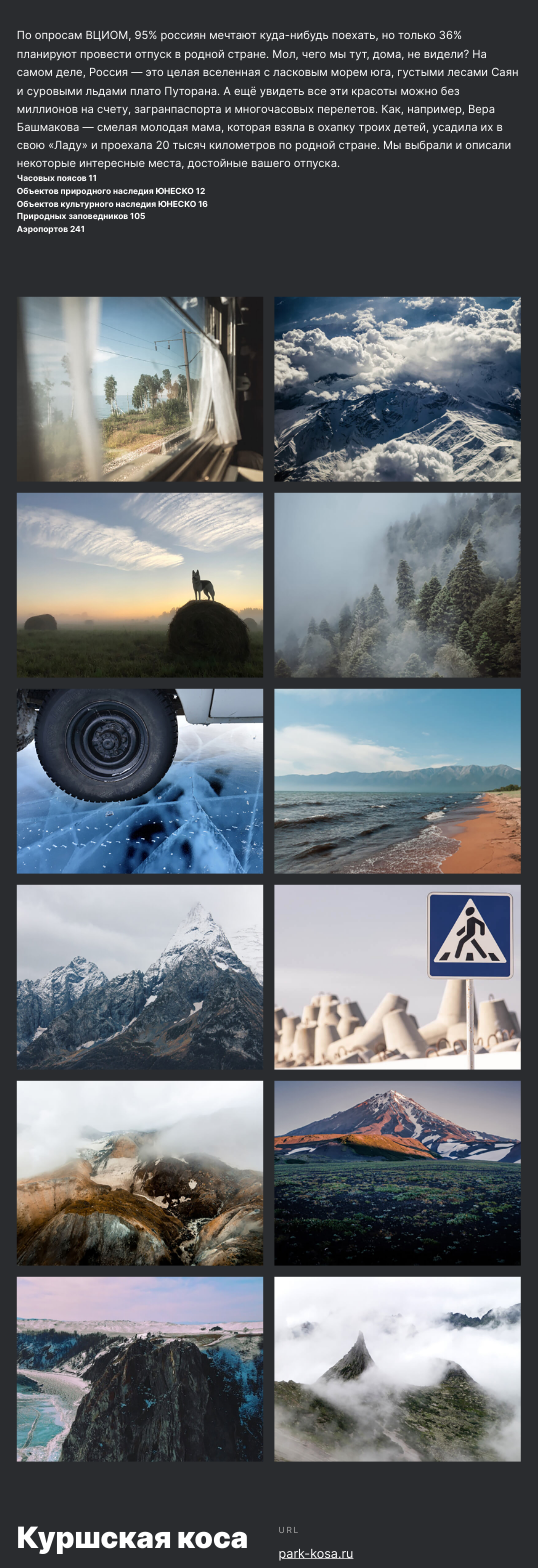
Repository: artemrgrs/russian-travel
Page: index.html
These files come from the project's save history. The page is drawn as it stood at one moment and after the next save; the edit follows.
The browser window is 768 px wide. The pictures show the part of the page from y = 1160 to 3400 px (the page is 6929 px tall before and 6962 px after), at 70% of full size.

Above is the page before, as saved 2021-02-05 13:57:00.

After the next save:
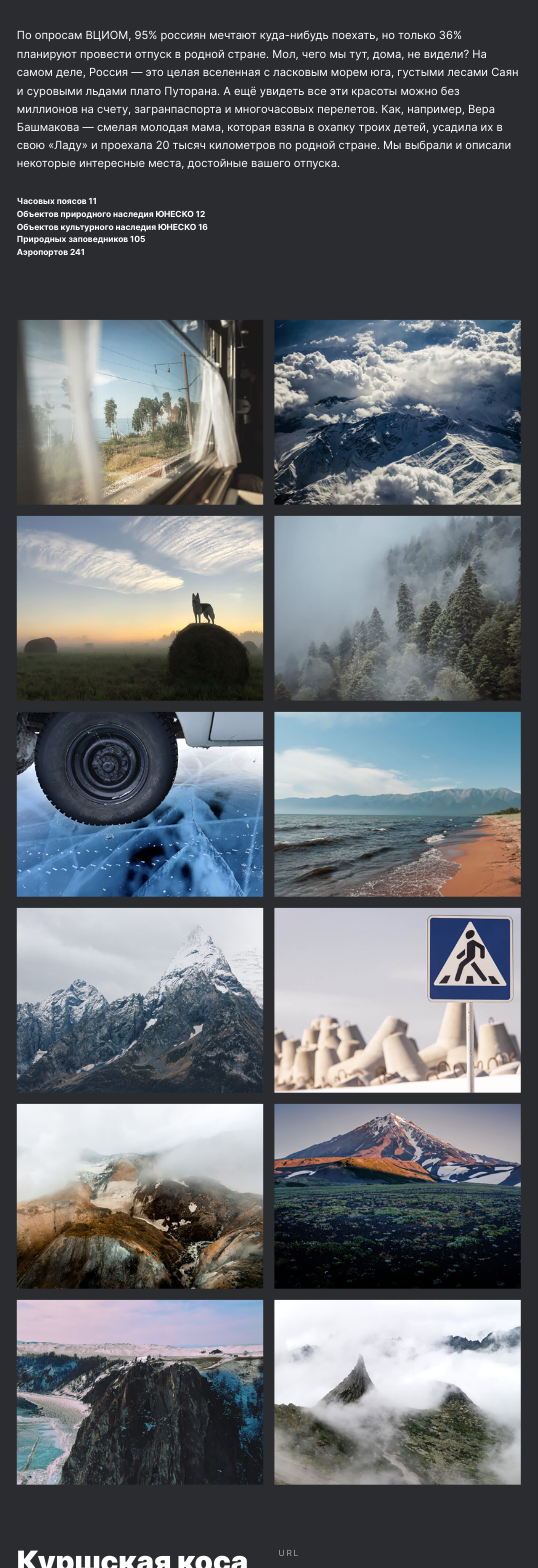
Saved 97 s later.
--- a/blocks/intro/__list/intro__list.css
+++ b/blocks/intro/__list/intro__list.css
@@ -14,7 +14,7 @@
 
 @media screen and (max-width: 1023px) {
     .intro__list {
-       margin: 0 auto;
+       margin: 33px auto 0;
        max-width: 720px;
     }
 }
